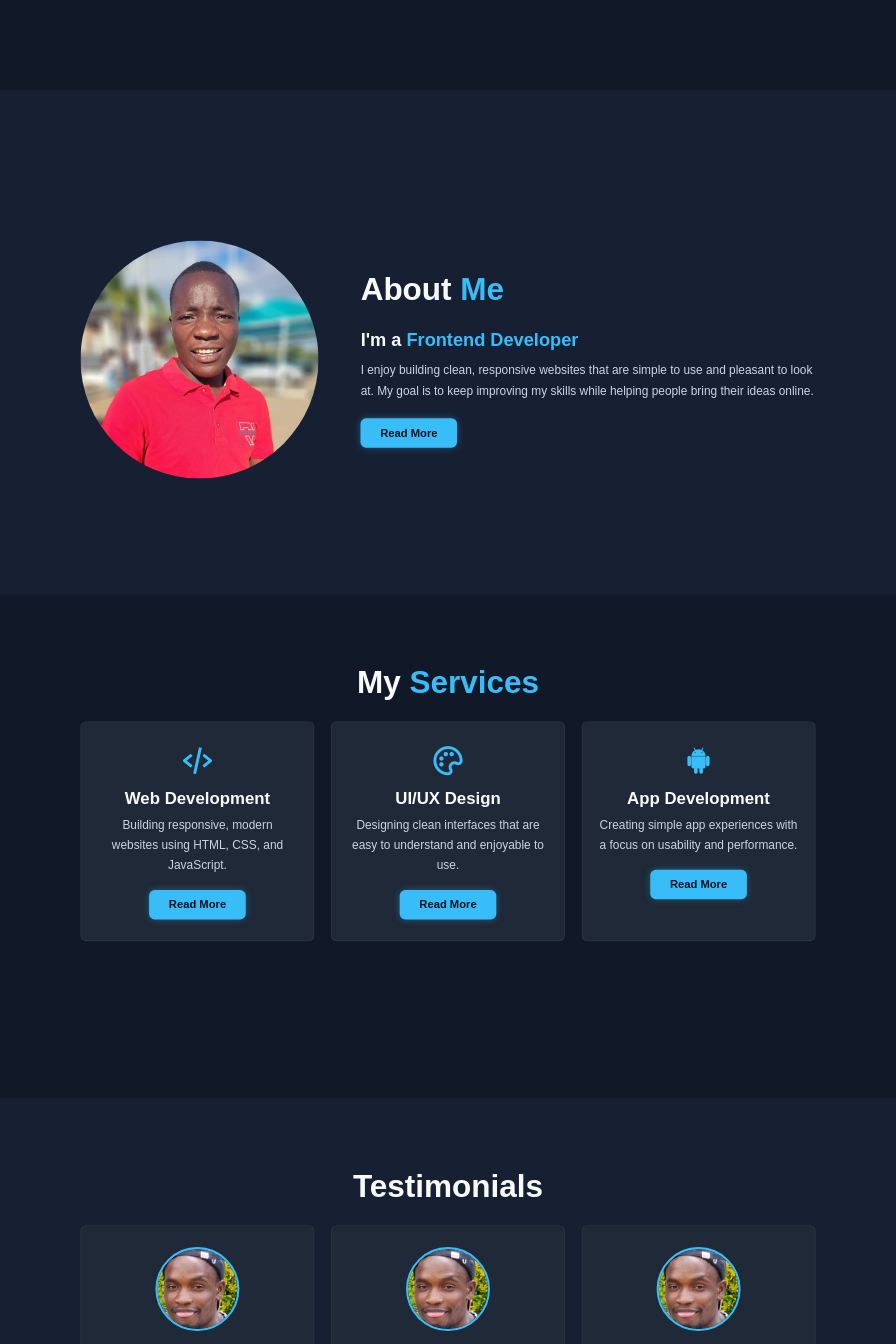
Repository: sitholelicane/myportfolio
Page: myweb.html
An editor plug-in stored every save of this project. The page is shown before and after the next save, followed by the edit.
The browser window is 1280 px wide. The pictures show the part of the page from y = 591 to 2511 px (the page is 3738 px tall), at 70% of full size.
Some web libraries are served in a nearby version.

Above is the page before, as saved 2026-05-16 23:40:37.

### myweb.html
<!DOCTYPE html>
<html lang="en">

<head>
    <meta charset="UTF-8">
    <meta name="viewport" content="width=device-width, initial-scale=1.0">
    <title>Sithole Licane - Portfolio</title>
    <link href="https://unpkg.com/boxicons@2.1.4/css/boxicons.min.css" rel="stylesheet">
    <link rel="stylesheet" href="style.css">
</head>

<body>
    <header class="header">
        <a href="#home" class="logo">Sithole <span>Licane</span></a>
        <i class="bx bx-menu" id="menu-icon"></i>

        <nav class="navbar">
            <a href="#home" class="active">Home</a>
            <a href="#about">About</a>
            <a href="#services">Services</a>
            <a href="#testimonial">Testimonial</a>
            <a href="#contact">Contact</a>
        </nav>
    </header>

    <section class="home" id="home">
        <div class="home-img">
            <img src="lee.jpeg" alt="Sithole Licane profile photo" onerror="this.style.display='none'">
        </div>

        <div class="home-content">
            <h3>Hello, Myself</h3>
            <h1>Sithole Licane</h1>
            <h3>And I'm a <span class="multiple-text"></span></h3>
            <p>I am a passionate developer dedicated to creating sleek, functional, and user-friendly web experiences. With a focus on modern design and clean code, I bring digital visions to life.</p>

            <div class="social-media">
                <a href="https://www.linkedin.com/in/licane-sithole" aria-label="LinkedIn"><i class="bx bxl-linkedin"></i></a>
                <a href="https://t.me/lemmarlyn" aria-label="Telegram"><i class="bx bxl-telegram"></i></a>
                <a href="https://www.facebook.com/profile.php?id=100095799840629" aria-label="Facebook"><i class="bx bxl-facebook"></i></a>
                <a href="https://www.instagram.com/lemmarlyn" aria-label="Instagram"><i class="bx bxl-instagram"></i></a>
                <a href="https://wa.me/263774661776" aria-label="WhatsApp"><i class="bx bxl-whatsapp"></i></a>
            </div>

            <a href="#" class="btn">Download CV</a>
        </div>
    </section>

    <section class="about" id="about">
        <div class="about-content">
            <h2 class="heading">About <span>Me</span></h2>
            <h3>I'm a <span>Frontend Developer</span></h3>
            <p>I enjoy building clean, responsive websites that are simple to use and pleasant to look at. My goal is to keep improving my skills while helping people bring their ideas online.</p>
            <a href="#contact" class="btn">Read More</a>
        </div>

        <div class="about-img">
            <img src="Profile1.jpeg" alt="About Sithole Licane" onerror="this.style.display='none'">
        </div>
    </section>

    <section class="services" id="services">
        <h2 class="heading">My <span>Services</span></h2>

        <div class="services-container">
           <div class="services-box">
    <i class="bx bx-code-alt"></i> <h3>Web Development</h3>
    <p>
        Building responsive, modern websites using HTML, CSS, and JavaScript.

        <span id="more-webdev" style="display: none;">
            <br><br>
            Creating production-ready web applications with clean architecture. Experienced in full-stack integration using PHP and MySQL database structures, front-end animations, semantic layouts, and optimizing platforms for speed across desktop and mobile devices.
        </span>
    </p>
    <button id="btn-webdev" class="btn" onclick="toggleDetails('more-webdev', 'btn-webdev')">Read More</button>
</div>

<div class="services-box">
    <i class="bx bx-palette"></i> <h3>UI/UX Design</h3>
    <p>
        Designing clean interfaces that are easy to understand and enjoyable to use.

        <span id="more-uiux" style="display: none;">
            <br><br>
            Focusing on user-centered design principles, wireframing, and building high-fidelity interactive prototypes. Specializing in visual hierarchy, accessibility standards, uniform color schemas, and translating complex user logic into clean, minimal user flows.
        </span>
    </p>
    <button id="btn-uiux" class="btn" onclick="toggleDetails('more-uiux', 'btn-uiux')">Read More</button>
</div>

<script>
function toggleDetails(textId, buttonId) {
    // 1. Target the specific elements passed by the button click
    var extraText = document.getElementById(textId);
    var clickedButton = document.getElementById(buttonId);

    // 2. Check visibility state and toggle accordingly
    if (extraText.style.display === "none") {
        extraText.style.display = "inline";     // Show info
        clickedButton.innerHTML = "Read Less";    // Change button text
    } else {
        extraText.style.display = "none";       // Hide info
        clickedButton.innerHTML = "Read More";    // Reset button text
    }
}
</script>

           <div class="services-box">
    <i class="bx bxl-android"></i>
    <h3>App Development</h3>

    <p>
        Creating simple app experiences with a focus on usability and performance.

        <span id="more-info" style="display: none;">
            <br><br>
            Specializing in building robust mobile applications using Java, Android Studio, and SQLite databases. Fully experienced in managing component lifecycles, optimizing background services, implementing responsive XML layouts, and handling local data storage effectively.
        </span>
    </p>

    <button id="read-more-btn" class="btn" onclick="toggleServiceDetails()">Read More</button>
</div>

<script>
function toggleServiceDetails() {
    var additionalText = document.getElementById("more-info");
    var buttonElement = document.getElementById("read-more-btn");

    if (additionalText.style.display === "none") {
        additionalText.style.display = "inline"; // Reveals the text
        buttonElement.innerHTML = "Read Less";    // Updates button text
    } else {
        additionalText.style.display = "none";   // Hides the text
        buttonElement.innerHTML = "Read More";   // Resets button text
    }
}
</script>
        </div>
    </section>

    <section class="testimonial" id="testimonial">
        <div class="testimonial-box">
            <h2 class="heading">Testimonials</h2>

            <div class="wrapper">
                <div class="testimonial-item">
                    <img src="extro.jpg" alt="Extrovertsir" onerror="this.style.display='none'">
                    <h2>Extrovertsir</h2>
                    <div class="rating" aria-label="5 star rating">
                        <i class="bx bxs-star"></i>
                        <i class="bx bxs-star"></i>
                        <i class="bx bxs-star"></i>
                        <i class="bx bxs-star"></i>
                        <i class="bx bxs-star"></i>
                    </div>
                    <p>A senior software engineer who pushed my career to this level.</p>
                </div>

                <div class="testimonial-item">
                    <img src="extro.jpg" alt="Person" onerror="this.style.display='none'">
                    <h2>Person</h2>
                    <div class="rating" aria-label="5 star rating">
                        <i class="bx bxs-star"></i>
                        <i class="bx bxs-star"></i>
                        <i class="bx bxs-star"></i>
                        <i class="bx bxs-star"></i>
                        <i class="bx bxs-star"></i>
                    </div>
                    <p>A senior data analyst who pushed my career to this level.</p>
                </div>

                <div class="testimonial-item">
                    <img src="extro.jpg" alt="Mathematician" onerror="this.style.display='none'">
                    <h2>Mathematician</h2>
                    <div class="rating" aria-label="5 star rating">
                        <i class="bx bxs-star"></i>
                        <i class="bx bxs-star"></i>
                        <i class="bx bxs-star"></i>
                        <i class="bx bxs-star"></i>
                        <i class="bx bxs-star"></i>
                    </div>
                    <p>A senior web developer with more than 5 years of experience.</p>
                </div>
            </div>
        </div>
    </section>

    <section class="contact" id="contact">
        <h2 class="heading">Contact <span>Me</span></h2>

    <form action="https://formspree.io/f/xaqkwekq" method="POST">

    <input type="text" name="name" placeholder="Full Name" required>
    <input type="email" name="email" placeholder="Email Address" required>
    <input type="text" name="phone" placeholder="Phone Number">
    <input type="text" name="subject" placeholder="Email Subject">

    <textarea name="message" placeholder="Your Message" required></textarea>

    <button type="submit">Send Message</button>
</form>
    </section>

    <footer class="footer">
        <div class="social">
            <a href="https://www.linkedin.com/in/licane-sithole" aria-label="LinkedIn"><i class="bx bxl-linkedin"></i></a>
            <a href="https://wa.me/263774661776" aria-label="WhatsApp"><i class="bx bxl-whatsapp"></i></a>
            <a href="https://www.facebook.com/profile.php?id=100095799840629" aria-label="Facebook"><i class="bx bxl-facebook"></i></a>
            <a href="https://www.instagram.com/lemmarlyn" aria-label="Instagram"><i class="bx bxl-instagram"></i></a>
        </div>
        <p class="copyright">&copy; Sithole Licane - All Rights Reserved</p>
    </footer>

    <script src="https://unpkg.com/typed.js@2.1.0/dist/typed.umd.js"></script>
    <script src="script.js"></script>
</body>

</html>

### style.css
* {
    box-sizing: border-box;
    margin: 0;
    padding: 0;
    scroll-behavior: smooth;
    text-decoration: none;
    border: none;
    outline: none;
    font-family: Arial, Helvetica, sans-serif;
}

:root {
    --bg-color: #111827;
    --second-bg-color: #172033;
    --text-color: #f8fafc;
    --main-color: #38bdf8;
    --accent-color: #f59e0b;
    --muted-color: #cbd5e1;
    --card-color: #1f2937;
}

html {
    font-size: 62.5%;
    overflow-x: hidden;
}

body {
    background: var(--bg-color);
    color: var(--text-color);
}

section {
    min-height: 100vh;
    padding: 10rem 9% 5rem;
}

.header {
    align-items: center;
    background: rgba(17, 24, 39, 0.94);
    display: flex;
    justify-content: space-between;
    left: 0;
    padding: 2rem 9%;
    position: fixed;
    top: 0;
    width: 100%;
    z-index: 100;
}

.logo {
    color: var(--text-color);
    cursor: default;
    font-size: 2.6rem;
    font-weight: 700;
}

span,
.logo span {
    color: var(--main-color);
}

.navbar a {
    color: var(--text-color);
    font-size: 1.7rem;
    font-weight: 600;
    margin-left: 3.5rem;
    transition: 0.3s ease;
}

.navbar a:hover,
.navbar a.active {
    color: var(--main-color);
}

#menu-icon {
    color: var(--text-color);
    cursor: pointer;
    display: none;
    font-size: 3.6rem;
}

.home {
    align-items: center;
    display: flex;
    gap: 6rem;
    justify-content: center;
}

.home-img,
.about-img {
    align-items: center;
    aspect-ratio: 1;
    background: linear-gradient(135deg, var(--main-color), var(--accent-color));
    border-radius: 50%;
    display: flex;
    flex: 0 0 34rem;
    justify-content: center;
    max-width: 34rem;
    overflow: hidden;
}

.home-img img,
.about-img img,
.testimonial-item img {
    height: 100%;
    object-fit: cover;
    width: 100%;
}

.home-img img[src],
.about-img img[src],
.testimonial-item img[src] {
    background: var(--card-color);
}

.home-content {
    max-width: 68rem;
}

.home-content h3 {
    font-size: 3.2rem;
    font-weight: 700;
}

.home-content h1 {
    font-size: 5.6rem;
    font-weight: 700;
    line-height: 1.15;
}

.home-content p,
.about-content p,
.services-box p,
.testimonial-item p {
    color: var(--muted-color);
    font-size: 1.7rem;
    line-height: 1.7;
}

.social-media {
    display: flex;
    flex-wrap: wrap;
    gap: 1.4rem;
    margin: 3rem 0;
}

.social-media a,
.social a {
    align-items: center;
    border: 0.2rem solid var(--main-color);
    border-radius: 50%;
    color: var(--main-color);
    display: inline-flex;
    font-size: 2.2rem;
    height: 4.5rem;
    justify-content: center;
    transition: 0.3s ease;
    width: 4.5rem;
}

.social-media a:hover,
.social a:hover {
    background: var(--main-color);
    color: var(--bg-color);
    transform: translateY(-0.4rem);
}

.btn {
    background: var(--main-color);
    border-radius: 0.8rem;
    box-shadow: 0 0 1rem rgba(56, 189, 248, 0.35);
    color: #06111f;
    display: inline-block;
    font-size: 1.6rem;
    font-weight: 700;
    letter-spacing: 0;
    padding: 1.2rem 2.8rem;
    transition: 0.3s ease;
}

.btn:hover {
    background: var(--accent-color);
    box-shadow: 0 0 1.5rem rgba(245, 158, 11, 0.38);
    transform: translateY(-0.2rem);
}

.about {
    align-items: center;
    background: var(--second-bg-color);
    display: flex;
    flex-direction: row-reverse;
    gap: 6rem;
    justify-content: center;
}

.heading {
    font-size: 4.5rem;
    margin-bottom: 3rem;
    text-align: center;
}

.about-content {
    max-width: 68rem;
}

.about-content .heading {
    text-align: left;
}

.about-content h3 {
    font-size: 2.6rem;
    margin-bottom: 1.5rem;
}

.about-content .btn {
    margin-top: 2.5rem;
}

.services-container {
    display: grid;
    gap: 2.4rem;
    grid-template-columns: repeat(3, minmax(0, 1fr));
}

.services-box,
.testimonial-item {
    background: var(--card-color);
    border: 0.1rem solid rgba(255, 255, 255, 0.08);
    border-radius: 0.8rem;
    padding: 3rem 2.4rem;
    text-align: center;
    transition: 0.3s ease;
}

.services-box:hover,
.testimonial-item:hover {
    border-color: var(--main-color);
    transform: translateY(-0.6rem);
}

.services-box i {
    color: var(--main-color);
    font-size: 5rem;
}

.services-box h3 {
    font-size: 2.4rem;
    margin: 1.5rem 0 1rem;
}

.services-box .btn {
    margin-top: 2rem;
}

.testimonial {
    background: var(--second-bg-color);
}

.wrapper {
    display: grid;
    gap: 2.4rem;
    grid-template-columns: repeat(3, minmax(0, 1fr));
}

.testimonial-item img {
    border: 0.3rem solid var(--main-color);
    border-radius: 50%;
    height: 12rem;
    margin-bottom: 1.5rem;
    width: 12rem;
}

.testimonial-item h2 {
    font-size: 2.2rem;
}

.rating {
    color: var(--accent-color);
    font-size: 2rem;
    margin: 1rem 0;
}

.contact form {
    margin: 0 auto;
    max-width: 78rem;
    text-align: center;
}

.input-box {
    display: flex;
    gap: 1.6rem;
    justify-content: space-between;
}

.contact form input,
.contact form textarea {
    background: var(--second-bg-color);
    border: 0.1rem solid rgba(255, 255, 255, 0.08);
    border-radius: 0.8rem;
    color: var(--text-color);
    font-size: 1.6rem;
    margin: 0.8rem 0;
    padding: 1.5rem;
    width: 100%;
}

.contact form textarea {
    resize: none;
}

.footer {
    align-items: center;
    background: var(--second-bg-color);
    display: flex;
    flex-direction: column;
    gap: 1.6rem;
    padding: 3rem 9%;
    text-align: center;
}

.social {
    display: flex;
    gap: 1.4rem;
}

.copyright {
    color: var(--muted-color);
    font-size: 1.5rem;
}

@media (max-width: 991px) {
    .header {
        padding: 2rem 4%;
    }

    section {
        padding: 10rem 4% 5rem;
    }

    .home,
    .about {
        gap: 4rem;
    }
}

@media (max-width: 768px) {
    #menu-icon {
        display: block;
    }

    .navbar {
        background: var(--second-bg-color);
        border-top: 0.1rem solid rgba(255, 255, 255, 0.08);
        display: none;
        left: 0;
        padding: 1rem 4%;
        position: absolute;
        top: 100%;
        width: 100%;
    }

    .navbar.active {
        display: block;
    }

    .navbar a {
        display: block;
        margin: 2rem 0;
    }

    .home,
    .about {
        flex-direction: column;
        text-align: center;
    }

    .about-content .heading {
        text-align: center;
    }

    .home-img,
    .about-img {
        flex-basis: 26rem;
        max-width: 26rem;
    }

    .home-content h1 {
        font-size: 4.2rem;
    }

    .home-content h3 {
        font-size: 2.5rem;
    }

    .social-media {
        justify-content: center;
    }

    .services-container,
    .wrapper {
        grid-template-columns: 1fr;
    }

    .input-box {
        flex-direction: column;
        gap: 0;
    }
}

@media (max-width: 450px) {
    html {
        font-size: 55%;
    }

    .heading {
        font-size: 3.8rem;
    }
}

Loaded but not shown: script.js (58 lines, source omitted)

After the next save:
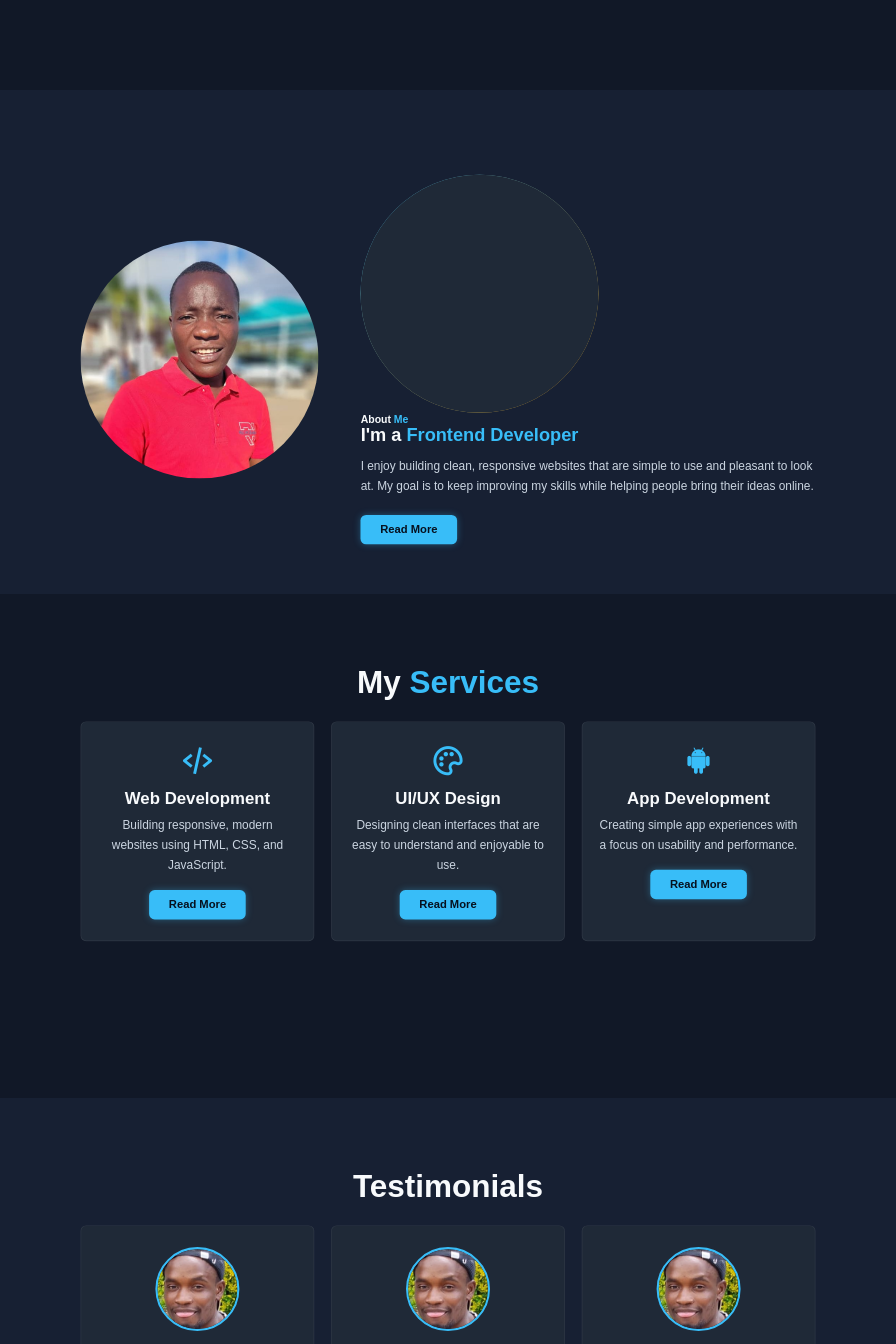
Not found: your-profile-image.png
Saved 4 min 13 s later.
--- a/myweb.html
+++ b/myweb.html
@@ -47,12 +47,43 @@
     </section>
 
     <section class="about" id="about">
-        <div class="about-content">
-            <h2 class="heading">About <span>Me</span></h2>
-            <h3>I'm a <span>Frontend Developer</span></h3>
-            <p>I enjoy building clean, responsive websites that are simple to use and pleasant to look at. My goal is to keep improving my skills while helping people bring their ideas online.</p>
-            <a href="#contact" class="btn">Read More</a>
-        </div>
+        <div class="about-container">
+    <div class="about-img">
+        <img src="your-profile-image.png" alt="Licane">
+    </div>
+
+    <div class="about-content">
+        <h2>About <span>Me</span></h2>
+        <h3>I'm a <span>Frontend Developer</span></h3>
+
+        <p>
+            I enjoy building clean, responsive websites that are simple to use and pleasant to look at.
+            My goal is to keep improving my skills while helping people bring their ideas online.
+
+            <span id="more-about" style="display: none;">
+                <br><br>
+                Currently pursuing my software development studies, I specialize in crafting interactive user interfaces with modern HTML, CSS layouts, and dynamic JavaScript logic. I'm also expanding my technical stack into full-stack architecture with PHP/MySQL and native mobile application engineering.
+            </span>
+        </p>
+
+        <button id="btn-about" class="btn" onclick="toggleDetails('more-about', 'btn-about')">Read More</button>
+    </div>
+</div>
+
+<script>
+function toggleDetails(textId, buttonId) {
+    var extraText = document.getElementById(textId);
+    var clickedButton = document.getElementById(buttonId);
+
+    if (extraText.style.display === "none") {
+        extraText.style.display = "inline";     // Expands and shows info
+        clickedButton.innerHTML = "Read Less";    // Updates button text
+    } else {
+        extraText.style.display = "none";       // Collapses and hides info
+        clickedButton.innerHTML = "Read More";    // Resets button text
+    }
+}
+</script>
 
         <div class="about-img">
             <img src="Profile1.jpeg" alt="About Sithole Licane" onerror="this.style.display='none'">
@@ -192,9 +223,9 @@
     <form action="https://formspree.io/f/xaqkwekq" method="POST">
 
     <input type="text" name="name" placeholder="Full Name" required>
-    <input type="email" name="email" placeholder="Email Address" required>
+    <input type="email" name="email" placeholder="Email from" required>
     <input type="text" name="phone" placeholder="Phone Number">
-    <input type="text" name="subject" placeholder="Email Subject">
+    <input type="text" name="subject" placeholder="Email to">
 
     <textarea name="message" placeholder="Your Message" required></textarea>
 

After the save that followed:
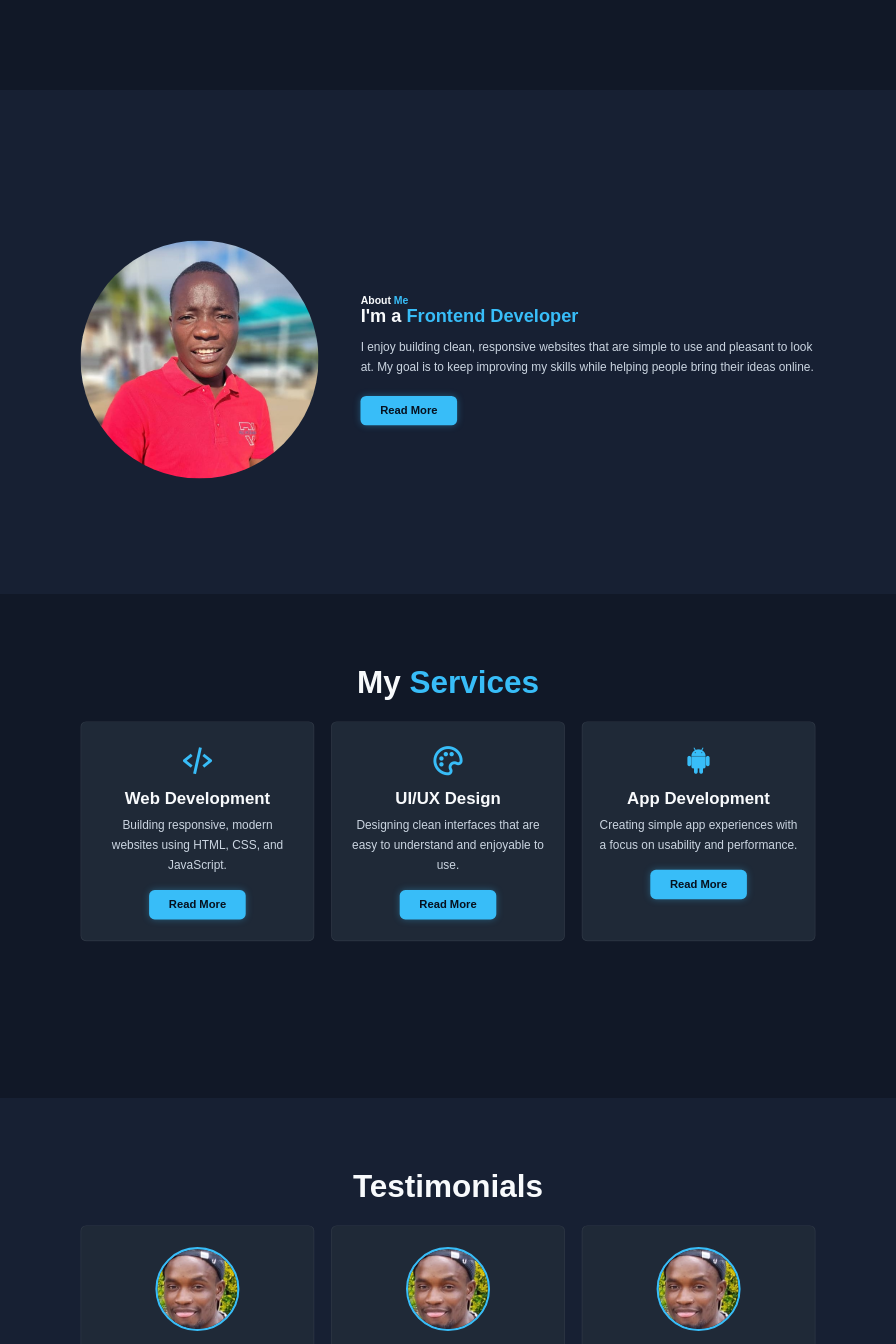
Saved 114 s later.
--- a/myweb.html
+++ b/myweb.html
@@ -48,9 +48,6 @@
 
     <section class="about" id="about">
         <div class="about-container">
-    <div class="about-img">
-        <img src="your-profile-image.png" alt="Licane">
-    </div>
 
     <div class="about-content">
         <h2>About <span>Me</span></h2>
